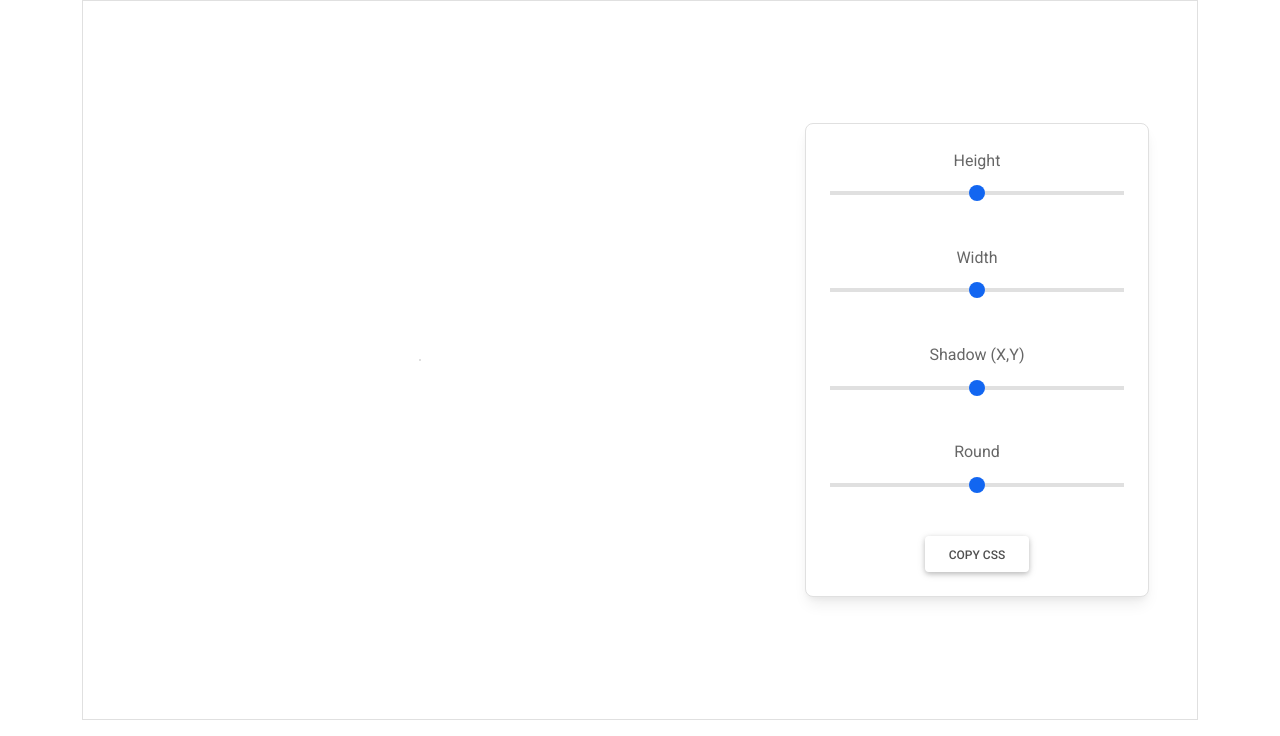
Repository: USaditya98/card-generator
Page: index.html
These files come from the project's save history. The page is drawn as it stood at one moment and after a run of saves; the edit follows.
The browser window is 1280 px wide. The pictures show the whole page.
After loading, the first visible `#cssBtn` was clicked once.

Above is the page before, as saved 2021-10-20 13:16:01.
Console error: ReferenceError: val is not defined

After the next 9 saves:
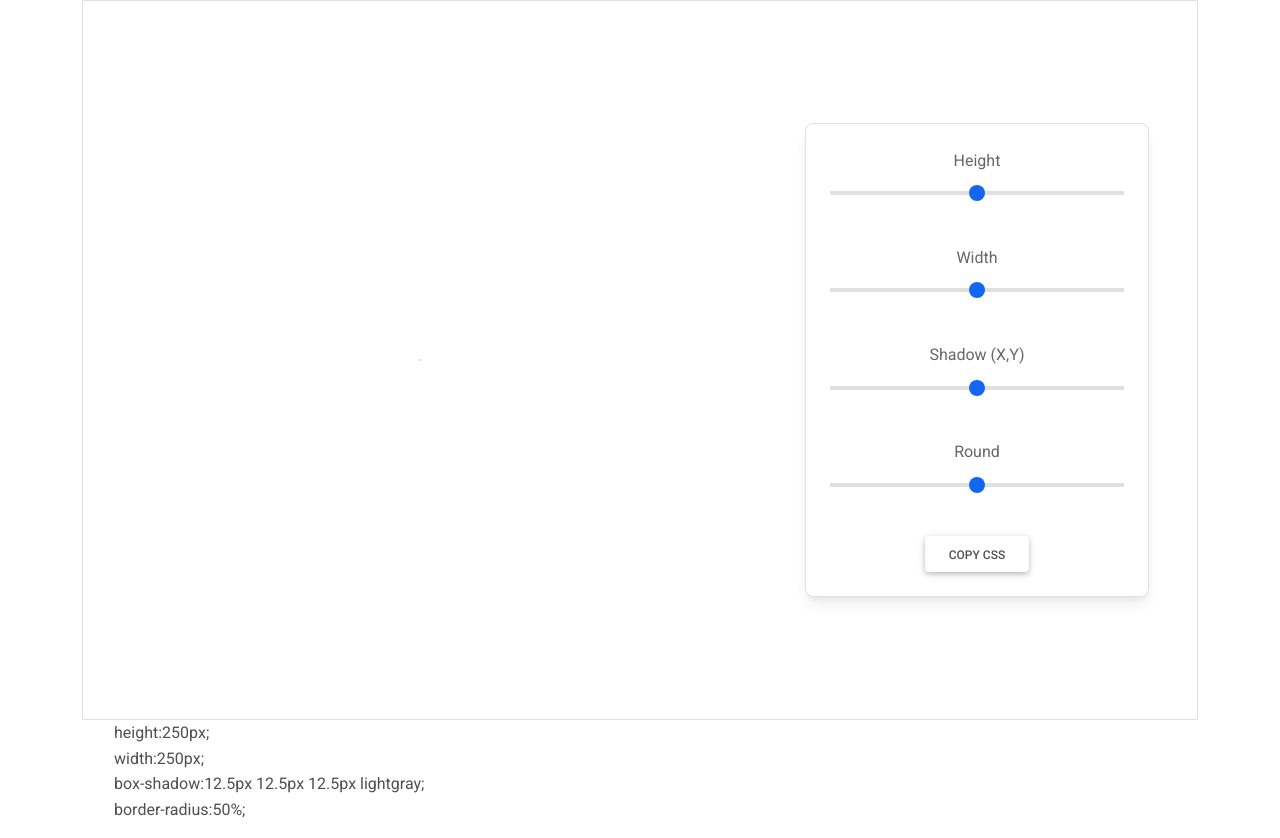
The error is gone.
The 9 saves are shown as one change because they came seconds apart.
The last was saved 28 s later.
--- a/index.html
+++ b/index.html
@@ -95,13 +95,12 @@
           var boxShadowColor = 'lightgray';
           var borderRadius = document.getElementById('radius').value;
 
-          localStorage.shadowxy = val;
-          localStorage.shadowblur = shadowXY;
-          localStorage.setItem('shadowxy', height);
-          localStorage.setItem('shadowblur', width);
-          localStorage.setItem('shadowblur', boxShadow);
-          localStorage.setItem('shadowblur', width);
 
+          localStorage.setItem('height', height);
+          localStorage.setItem('width', width);
+          localStorage.setItem('boxShadow', boxShadow);
+          localStorage.setItem('boxShadowColor', boxShadowColor);
+          localStorage.setItem('borderRadius', borderRadius);
 
 
           var arr = ['height', 'width', 'box-shadow', 'border-radius'];
